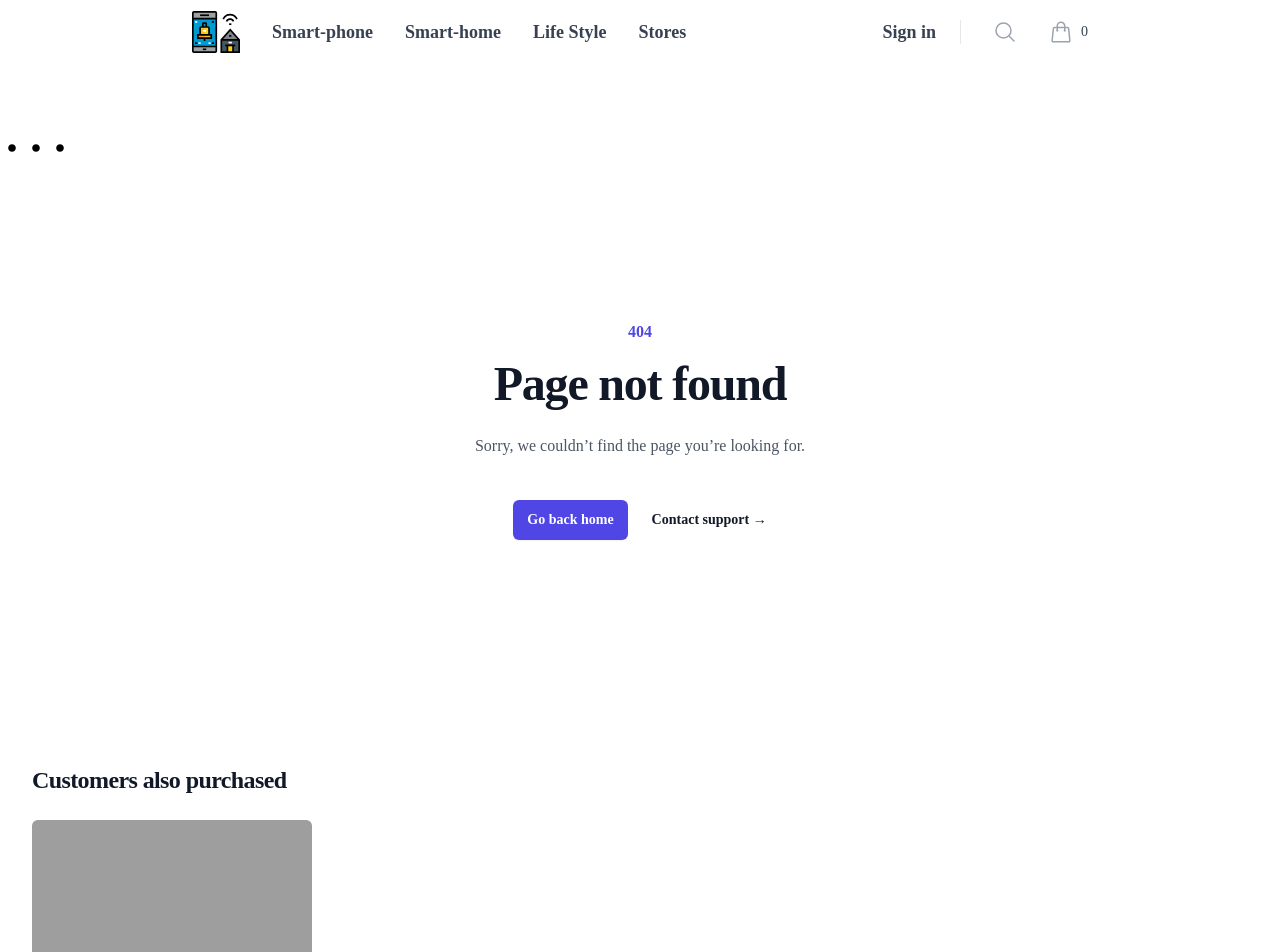
Repository: Gunplay/Smart-Home
Page: /
The author's editor kept a copy of each file at every save. The page is drawn from the files as they stood at one save, then again after the next save.
The browser window is 1280 px wide. The pictures show the part of the page from y = 0 to 952 px (the page is 1912 px tall before and 1928 px after).
Pictures or frames that could not be fetched are drawn as grey boxes. The project was rebuilt for these pictures with package versions that can differ from the ones it lists, and the page was loaded fresh each time. Also part of the build but not shown: vite.config.js, vite.config.ts.

Above is the page before, as saved 2024-06-25 12:59:55.

### index.html
<!doctype html>
<html lang="en">

<head>
  <meta charset="UTF-8" />
  <link rel="icon" type="image/svg+xml" href="./src/assets/smart-home-svgrepo-com.svg" />
  <meta name="viewport" content="width=device-width, initial-scale=1.0" />
  <title>Smart-Home</title>
  <link real='stylesheet' href='src/style.css'>
</head>

<body>
  <div id="root"></div>

  <script type="module" src="/src/main.tsx"></script>
</body>

</html>

### src/main.tsx
import React from 'react';
import ReactDOM from 'react-dom/client';
import { BrowserRouter as Router } from 'react-router-dom';
import App from './App.tsx';
import './css/style.css';

ReactDOM.createRoot(document.getElementById('root')!).render(
	<React.StrictMode>
		<Router>
			<App />
		</Router>
	</React.StrictMode>
);

### src/App.tsx
// import { useState } from 'react';

// import reactLogo from './assets/react.svg';
// import viteLogo from '/vite.svg';
import AboutUs from './components/AboutUs';
import Carousel from './components/Carousel';
import Header from './components/Header';
import PageNotFound from './components/Page404';
import ProductsList from './components/ProductsList';

function App() {
	return (
		<>
			<div className='mr-[3.75rem] pt-[4.75rem] lg:pt-[5.25rem] overflow-hidden'>
				<Header />
				<Carousel />
			</div>
			<PageNotFound />

			<ProductsList />
			<AboutUs />
		</>
	);
}

export default App;

### src/components/AboutUs/index.tsx
const links = [
	{ name: 'Open roles', href: '#' },
	{ name: 'Internship program', href: '#' },
	{ name: 'Our values', href: '#' },
	{ name: 'Meet our leadership', href: '#' },
];
const stats = [
	{ name: 'Offices worldwide', value: '12' },
	{ name: 'Full-time colleagues', value: '300+' },
	{ name: 'Hours per week', value: '40' },
	{ name: 'Paid time off', value: 'Unlimited' },
];

export default function AboutUs() {
	return (
		<div className='relative isolate overflow-hidden bg-gray-900 py-24 sm:py-32'>
			<img
				src='https://images.unsplash.com/photo-1521737604893-d14cc237f11d?ixlib=rb-4.0.3&ixid=MnwxMjA3fDB8MHxwaG90by1wYWdlfHx8fGVufDB8fHx8&auto=format&fit=crop&crop=focalpoint&fp-y=.8&w=2830&h=1500&q=80&blend=111827&sat=-100&exp=15&blend-mode=multiply'
				alt=''
				className='absolute inset-0 -z-10 h-full w-full object-cover object-right md:object-center'
			/>
			<div
				className='hidden sm:absolute sm:-top-10 sm:right-1/2 sm:-z-10 sm:mr-10 sm:block sm:transform-gpu sm:blur-3xl'
				aria-hidden='true'
			>
				<div
					className='aspect-[1097/845] w-[68.5625rem] bg-gradient-to-tr from-[#ff4694] to-[#776fff] opacity-20'
					style={{
						clipPath:
							'polygon(74.1% 44.1%, 100% 61.6%, 97.5% 26.9%, 85.5% 0.1%, 80.7% 2%, 72.5% 32.5%, 60.2% 62.4%, 52.4% 68.1%, 47.5% 58.3%, 45.2% 34.5%, 27.5% 76.7%, 0.1% 64.9%, 17.9% 100%, 27.6% 76.8%, 76.1% 97.7%, 74.1% 44.1%)',
					}}
				/>
			</div>
			<div
				className='absolute -top-52 left-1/2 -z-10 -translate-x-1/2 transform-gpu blur-3xl sm:top-[-28rem] sm:ml-16 sm:translate-x-0 sm:transform-gpu'
				aria-hidden='true'
			>
				<div
					className='aspect-[1097/845] w-[68.5625rem] bg-gradient-to-tr from-[#ff4694] to-[#776fff] opacity-20'
					style={{
						clipPath:
							'polygon(74.1% 44.1%, 100% 61.6%, 97.5% 26.9%, 85.5% 0.1%, 80.7% 2%, 72.5% 32.5%, 60.2% 62.4%, 52.4% 68.1%, 47.5% 58.3%, 45.2% 34.5%, 27.5% 76.7%, 0.1% 64.9%, 17.9% 100%, 27.6% 76.8%, 76.1% 97.7%, 74.1% 44.1%)',
					}}
				/>
			</div>
			<div className='mx-auto max-w-7xl px-6 lg:px-8'>
				<div className='mx-auto max-w-2xl lg:mx-0'>
					<h2 className='text-4xl font-bold tracking-tight text-white sm:text-6xl'>
						Work with us
					</h2>
					<p className='mt-6 text-lg leading-8 text-gray-300'>
						Anim aute id magna aliqua ad ad non deserunt sunt. Qui irure qui
						lorem cupidatat commodo. Elit sunt amet fugiat veniam occaecat
						fugiat aliqua.
					</p>
				</div>
				<div className='mx-auto mt-10 max-w-2xl lg:mx-0 lg:max-w-none'>
					<div className='grid grid-cols-1 gap-x-8 gap-y-6 text-base font-semibold leading-7 text-white sm:grid-cols-2 md:flex lg:gap-x-10'>
						{links.map(link => (
							<a key={link.name} href={link.href}>
								{link.name} <span aria-hidden='true'>&rarr;</span>
							</a>
						))}
					</div>
					<dl className='mt-16 grid grid-cols-1 gap-8 sm:mt-20 sm:grid-cols-2 lg:grid-cols-4'>
						{stats.map(stat => (
							<div key={stat.name} className='flex flex-col-reverse'>
								<dt className='text-base leading-7 text-gray-300'>
									{stat.name}
								</dt>
								<dd className='text-2xl font-bold leading-9 tracking-tight text-white'>
									{stat.value}
								</dd>
							</div>
						))}
					</dl>
				</div>
			</div>
		</div>
	);
}

### src/components/Carousel/index.tsx
import { SetStateAction, useState } from 'react';
import { BsChevronCompactLeft, BsChevronCompactRight } from 'react-icons/bs';
import { RxDotFilled } from 'react-icons/rx';
import slideOne from '/src/assets/slider-1.jpg';
import slideTwo from '/src/assets/slider-2.jpg';
import slideThree from '/src/assets/slider-3.jpg';
const slides = [
	{
		url: slideOne,
		id: 0,
	},
	{
		url: slideTwo,
		id: 1,
	},
	{
		url: slideThree,
		id: 2,
	},
];
const Carousel = () => {
	const [currentIndex, setCurrentIndex] = useState(0);

	const prevSlide = () => {
		const isFirstSlide = currentIndex === 0;
		const newIndex = isFirstSlide ? slides.length - 1 : currentIndex - 1;
		setCurrentIndex(newIndex);
	};

	const nextSlide = () => {
		const isLastSlide = currentIndex === slides.length - 1;
		const newIndex = isLastSlide ? 0 : currentIndex + 1;
		setCurrentIndex(newIndex);
	};

	const goToSlide = (slideIndex: SetStateAction<number>) => {
		console.log(slideIndex);
		setCurrentIndex(slideIndex);
	};
	return (
		<div className='h-[780px] w-full m-auto py-16 relative group'>
			<div
				style={{ backgroundImage: `url(${slides[currentIndex].url})` }}
				className='w-full h-full bg-center bg-cover duration-500'
			></div>
			<div className='hidden group-hover:block absolute top-[50%] -translate-x-0 translate-y-[-50%] left-5 text-2xl rounded-full p-2 bg-black/20 text-white cursor-pointer'>
				<BsChevronCompactLeft size={30} onClick={prevSlide} />
			</div>
			<div className='hidden group-hover:block absolute top-[50%] translate-y-[-50%] right-5 text-2xl rounded-full p-2 bg-black/20 text-white cursor-pointer'>
				<BsChevronCompactRight size={30} onClick={nextSlide} />
			</div>
			<div className='flex top-4 justify-center py-2 absolute'>
				{slides.map((slide, slideIndex) => (
					<div
						key={slideIndex}
						className='text-2xl cursor-pointer'
						onClick={() => goToSlide(slideIndex)}
					>
						<RxDotFilled />
					</div>
				))}
			</div>
		</div>
	);
};

export default Carousel;

### src/components/Page404/index.tsx
export default function PageNotFound() {
	return (
		<>
			{/*
        This example requires updating your template:

        ```
        <html class="h-full">
        <body class="h-full">
        ```
      */}
			<main className='grid min-h-full place-items-center bg-white px-6 py-24 sm:py-32 lg:px-8'>
				<div className='text-center'>
					<p className='text-base font-semibold text-indigo-600'>404</p>
					<h1 className='mt-4 text-3xl font-bold tracking-tight text-gray-900 sm:text-5xl'>
						Page not found
					</h1>
					<p className='mt-6 text-base leading-7 text-gray-600'>
						Sorry, we couldn’t find the page you’re looking for.
					</p>
					<div className='mt-10 flex items-center justify-center gap-x-6'>
						<a
							href='#'
							className='rounded-md bg-indigo-600 px-3.5 py-2.5 text-sm font-semibold text-white shadow-sm hover:bg-indigo-500 focus-visible:outline focus-visible:outline-2 focus-visible:outline-offset-2 focus-visible:outline-indigo-600'
						>
							Go back home
						</a>
						<a href='#' className='text-sm font-semibold text-gray-900'>
							Contact support <span aria-hidden='true'>&rarr;</span>
						</a>
					</div>
				</div>
			</main>
		</>
	);
}

### src/components/ProductsList/index.tsx
/*
  This example requires some changes to your config:

  ```
  // tailwind.config.js
  module.exports = {
    // ...
    plugins: [
      // ...
      require('@tailwindcss/aspect-ratio'),
    ],
  }
  ```
*/
const products = [
	{
		id: 1,
		name: 'Basic Tee',
		href: '#',
		imageSrc:
			'https://tailwindui.com/img/ecommerce-images/product-page-01-related-product-01.jpg',
		imageAlt: "Front of men's Basic Tee in black.",
		price: '$35',
		color: 'Black',
	},
	// More products...
];

export default function ProductsList() {
	return (
		<div className='bg-white'>
			<div className='mx-auto max-w-2xl px-4 py-16 sm:px-6 sm:py-24 lg:max-w-7xl lg:px-8'>
				<h2 className='text-2xl font-bold tracking-tight text-gray-900'>
					Customers also purchased
				</h2>

				<div className='mt-6 grid grid-cols-1 gap-x-6 gap-y-10 sm:grid-cols-2 lg:grid-cols-4 xl:gap-x-8'>
					{products.map(product => (
						<div key={product.id} className='group relative'>
							<div className='aspect-h-1 aspect-w-1 w-full overflow-hidden rounded-md bg-gray-200 lg:aspect-none group-hover:opacity-75 lg:h-80'>
								<img
									src={product.imageSrc}
									alt={product.imageAlt}
									className='h-full w-full object-cover object-center lg:h-full lg:w-full'
								/>
							</div>
							<div className='mt-4 flex justify-between'>
								<div>
									<h3 className='text-sm text-gray-700'>
										<a href={product.href}>
											<span aria-hidden='true' className='absolute inset-0' />
											{product.name}
										</a>
									</h3>
									<p className='mt-1 text-sm text-gray-500'>{product.color}</p>
								</div>
								<p className='text-sm font-medium text-gray-900'>
									{product.price}
								</p>
							</div>
						</div>
					))}
				</div>
			</div>
		</div>
	);
}

Loaded but not shown: src/css/style.css (1876 lines, source omitted); src/components/Header/index.tsx (539 lines, source omitted)

After the next save:
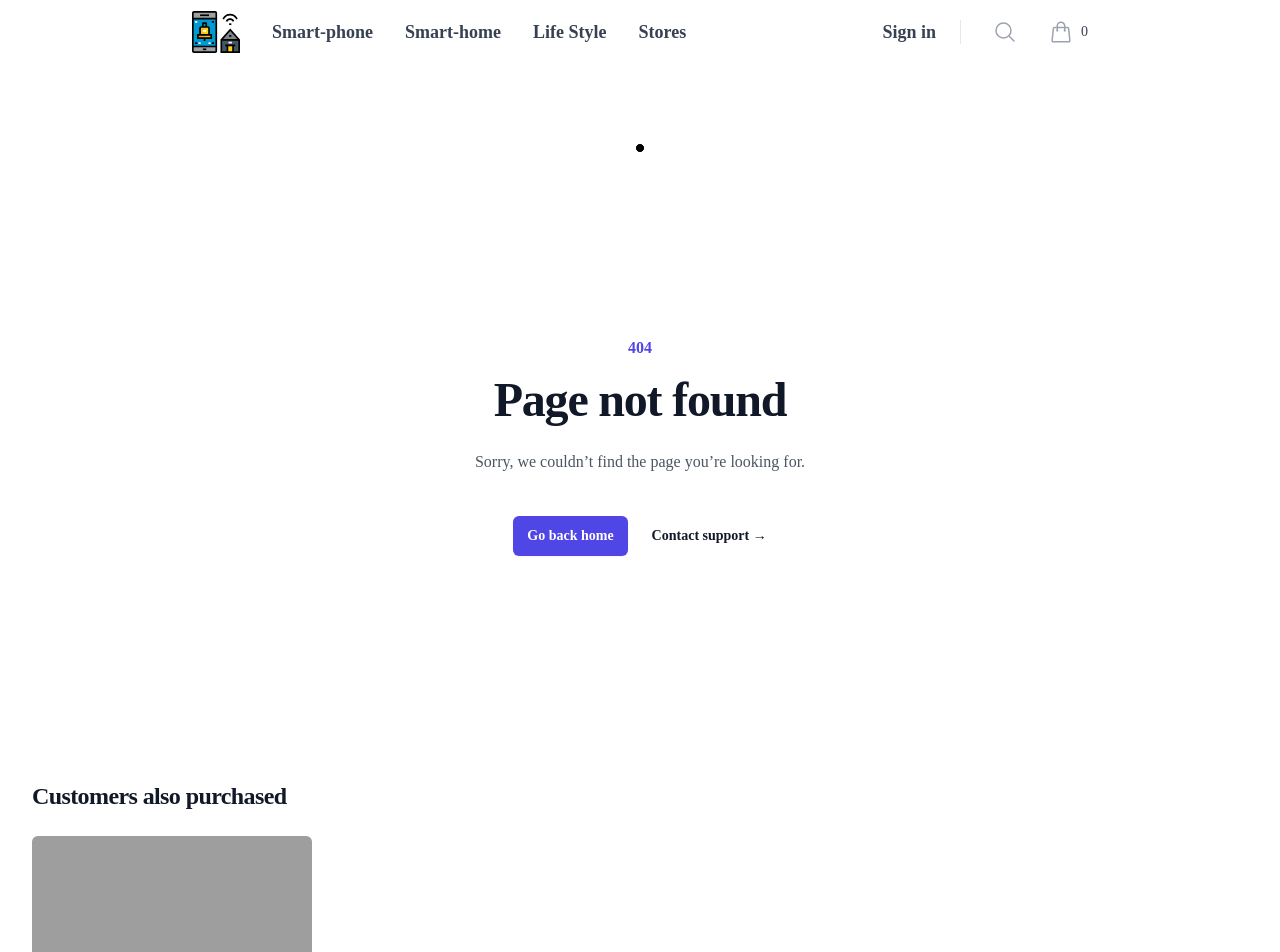
Saved 24 s later.
--- a/src/components/Carousel/index.tsx
+++ b/src/components/Carousel/index.tsx
@@ -49,11 +49,11 @@ const Carousel = () => {
 			<div className='hidden group-hover:block absolute top-[50%] translate-y-[-50%] right-5 text-2xl rounded-full p-2 bg-black/20 text-white cursor-pointer'>
 				<BsChevronCompactRight size={30} onClick={nextSlide} />
 			</div>
-			<div className='flex top-4 justify-center py-2 absolute'>
+			<div className='flex top-4 justify-center py-2'>
 				{slides.map((slide, slideIndex) => (
 					<div
 						key={slideIndex}
-						className='text-2xl cursor-pointer'
+						className='text-2xl cursor-pointer absolute'
 						onClick={() => goToSlide(slideIndex)}
 					>
 						<RxDotFilled />
